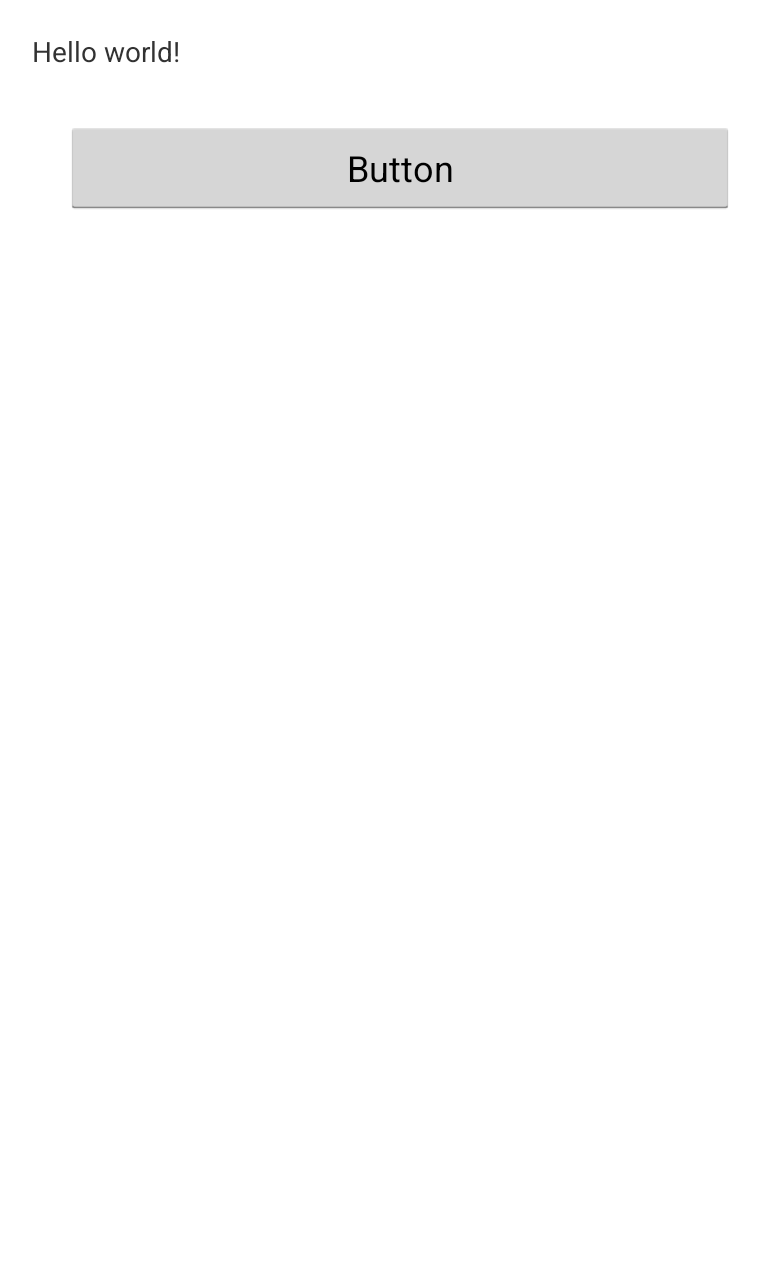
Repository: tntlym/android_practice
Layout: MainActivity/res/layout/activity_main.xml
An editor plug-in stored every save of this project. The layout is shown before and after the next save, followed by the edit.
It is drawn on a 768 x 1280 px phone screen (xhdpi) without system bars, with theme AppTheme; the app's code is not run.

Above is the layout before, as saved 2013-06-21 07:48:45.

### MainActivity/res/layout/activity_main.xml
<RelativeLayout xmlns:android="http://schemas.android.com/apk/res/android"
    xmlns:tools="http://schemas.android.com/tools"
    android:layout_width="match_parent"
    android:layout_height="match_parent"
    android:paddingBottom="@dimen/activity_vertical_margin"
    android:paddingLeft="@dimen/activity_horizontal_margin"
    android:paddingRight="@dimen/activity_horizontal_margin"
    android:paddingTop="@dimen/activity_vertical_margin"
    tools:context=".MainActivity" >

    <TextView
        android:id="@+id/tv"
        android:layout_width="wrap_content"
        android:layout_height="wrap_content"
        android:text="@string/hello_world" />


    <Button
        android:id="@+id/button"
        android:layout_width="fill_parent"
        android:layout_height="wrap_content"
        android:layout_below="@+id/tv"
        android:layout_marginLeft="16dp"
        android:layout_marginTop="25dp"
        android:text="Button"
        android:onClick="mOnClick"/>

    <ImageView
        android:id="@+id/imageView"
        android:layout_width="wrap_content"
        android:layout_height="wrap_content"
        android:layout_below="@+id/button"
	 />

</RelativeLayout>

### MainActivity/res/values/strings.xml
<?xml version="1.0" encoding="utf-8"?>
<resources>

    <string name="app_name">AndroidNetworkSample</string>
    <string name="action_settings">Settings</string>
    <string name="hello_world">Hello world!</string>

</resources>

Loaded but not shown: MainActivity/res/values/styles.xml (common file); MainActivity/res/values-v11/styles.xml (common file); MainActivity/res/values-v14/styles.xml (common file); MainActivity/res/values/dimens.xml (common file)

After the next save:
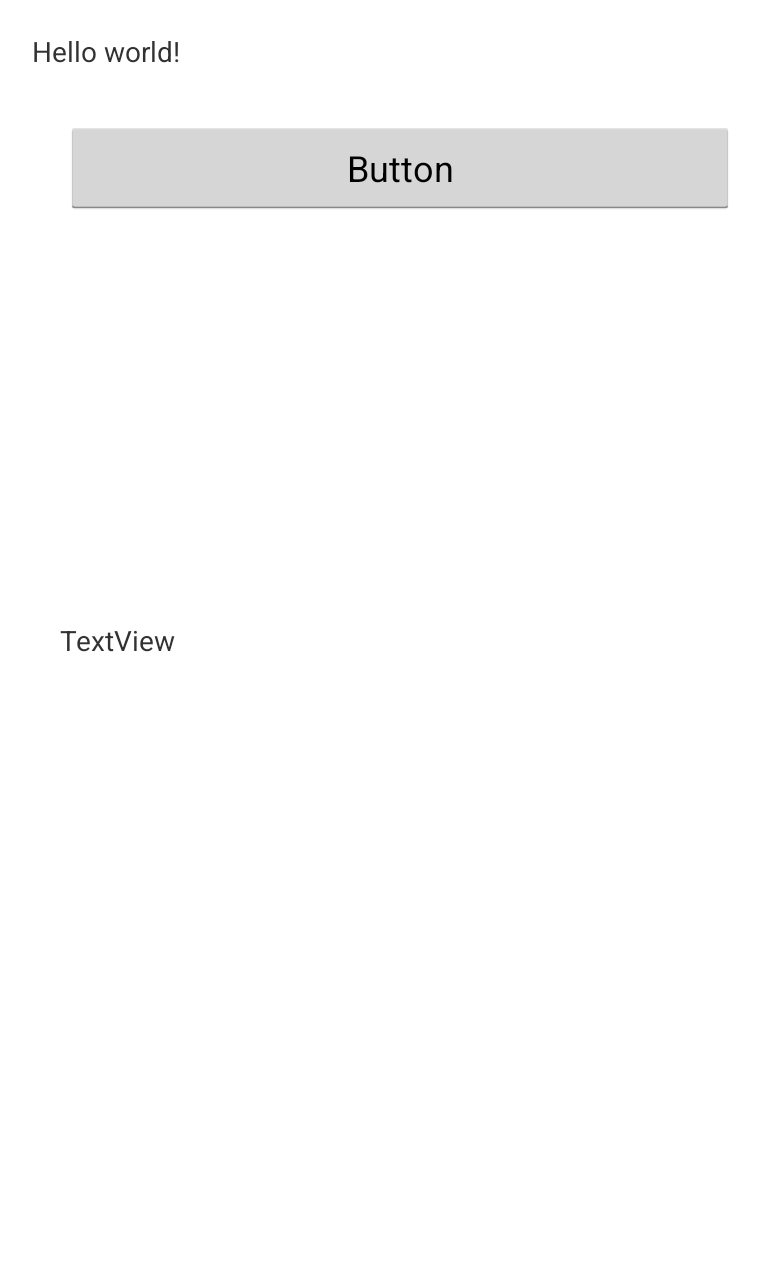
Saved 35 s later.
--- a/MainActivity/res/layout/activity_main.xml
+++ b/MainActivity/res/layout/activity_main.xml
@@ -32,4 +32,13 @@
         android:layout_below="@+id/button"
 	 />
 
+    <TextView
+        android:id="@+id/textViewJson"
+        android:layout_width="wrap_content"
+        android:layout_height="wrap_content"
+        android:layout_centerVertical="true"
+        android:layout_marginLeft="14dp"
+        android:layout_toRightOf="@+id/imageView"
+        android:text="TextView" />
+
 </RelativeLayout>

After the 2 saves that followed:
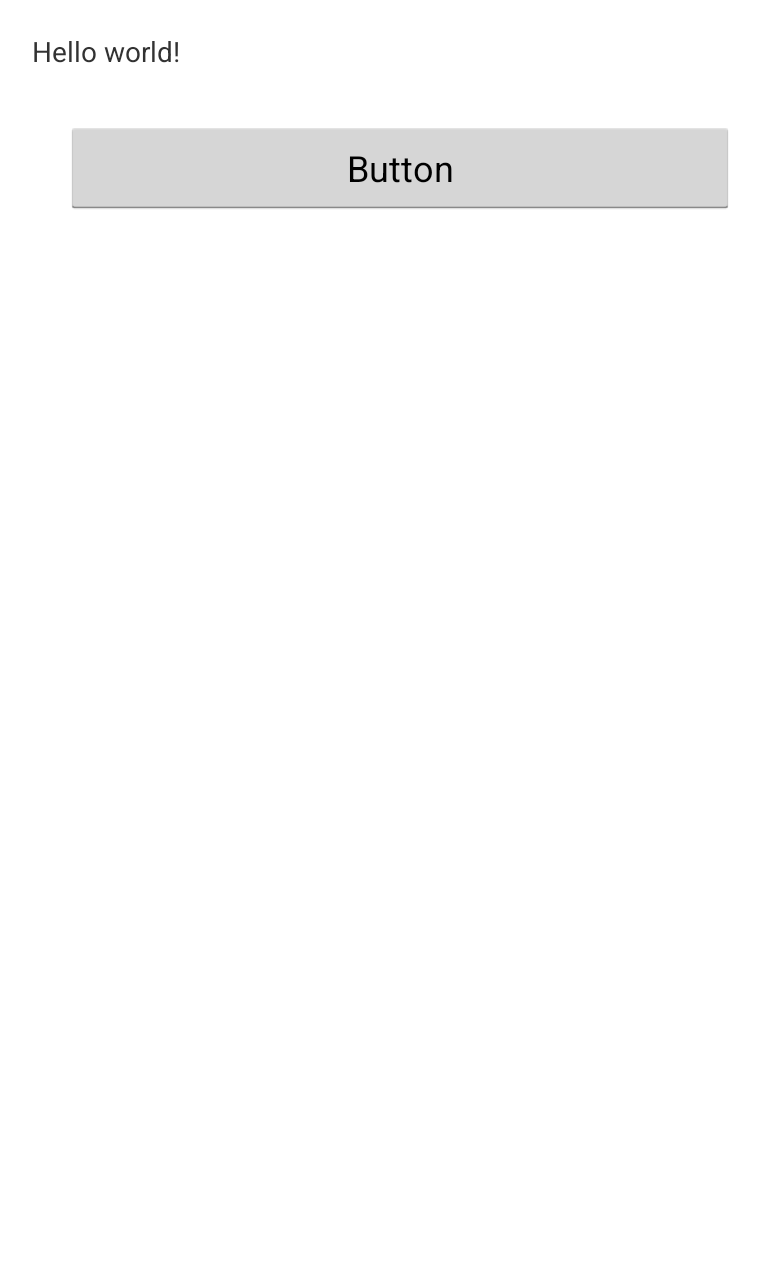
The 2 saves are shown as one change because 1 left the picture as it was.
The last was saved 14 s later.
--- a/MainActivity/res/layout/activity_main.xml
+++ b/MainActivity/res/layout/activity_main.xml
@@ -34,11 +34,11 @@
 
     <TextView
         android:id="@+id/textViewJson"
-        android:layout_width="wrap_content"
+        android:layout_width="match_parent"
         android:layout_height="wrap_content"
         android:layout_centerVertical="true"
         android:layout_marginLeft="14dp"
         android:layout_toRightOf="@+id/imageView"
-        android:text="TextView" />
+         />
 
 </RelativeLayout>
